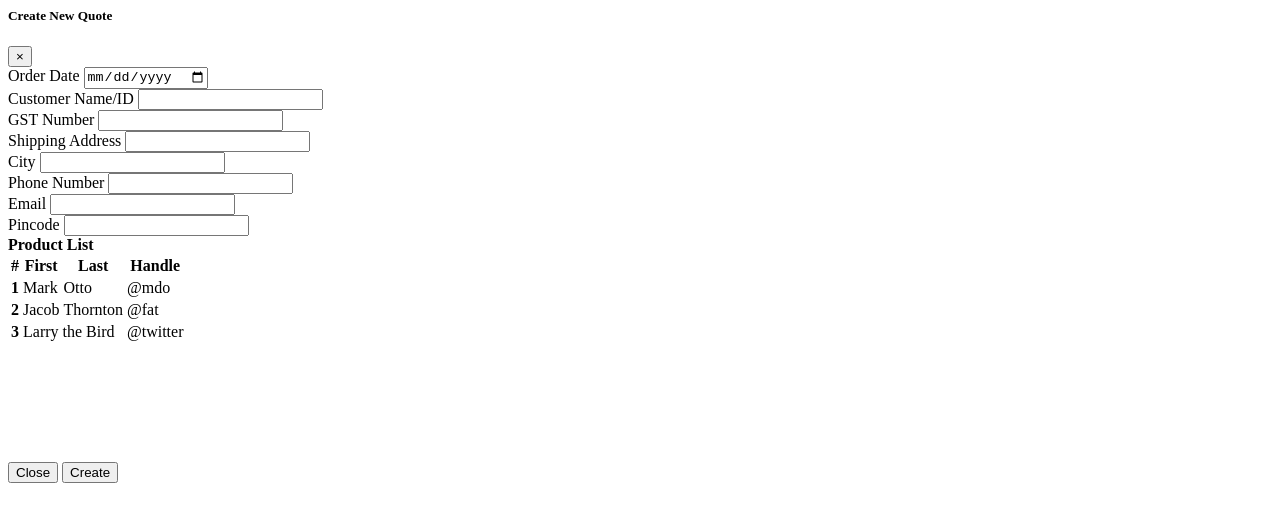
Repository: hrishibhattu/CodeFury-Internal-2
Page: ToYoDo/WebContent/WEB-INF/modal/quote.html
An editor plug-in stored every save of this project. The page is shown before and after the next save, followed by the edit.
The browser window is 1280 px wide. The pictures show the whole page.

Above is the page before, as saved 2021-09-19 06:53:17.

After the next save:
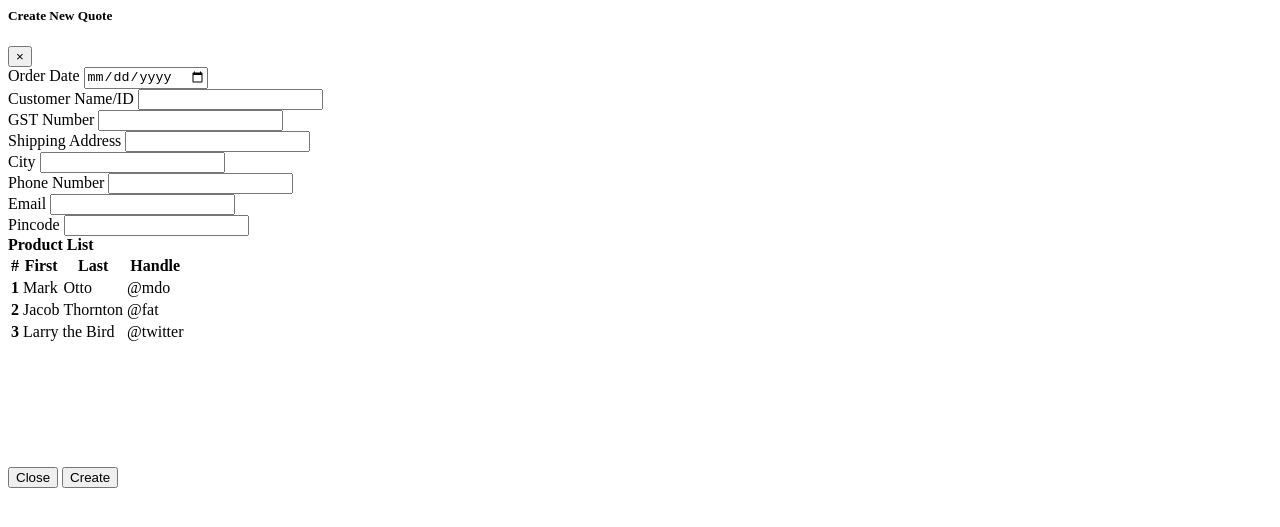
Saved 30 s later.
--- a/ToYoDo/WebContent/WEB-INF/modal/quote.html
+++ b/ToYoDo/WebContent/WEB-INF/modal/quote.html
@@ -53,7 +53,7 @@
 							class="form-control" id="pincode">
 						</div>
 					</div>
-					<div class="container-fluid" style="height: 210px; overflow-y: auto;">
+					<div class="container-fluid" style="height: 215px; overflow-y: auto;">
 					    <div class="row">
 					      <strong>Product List</strong>
 
